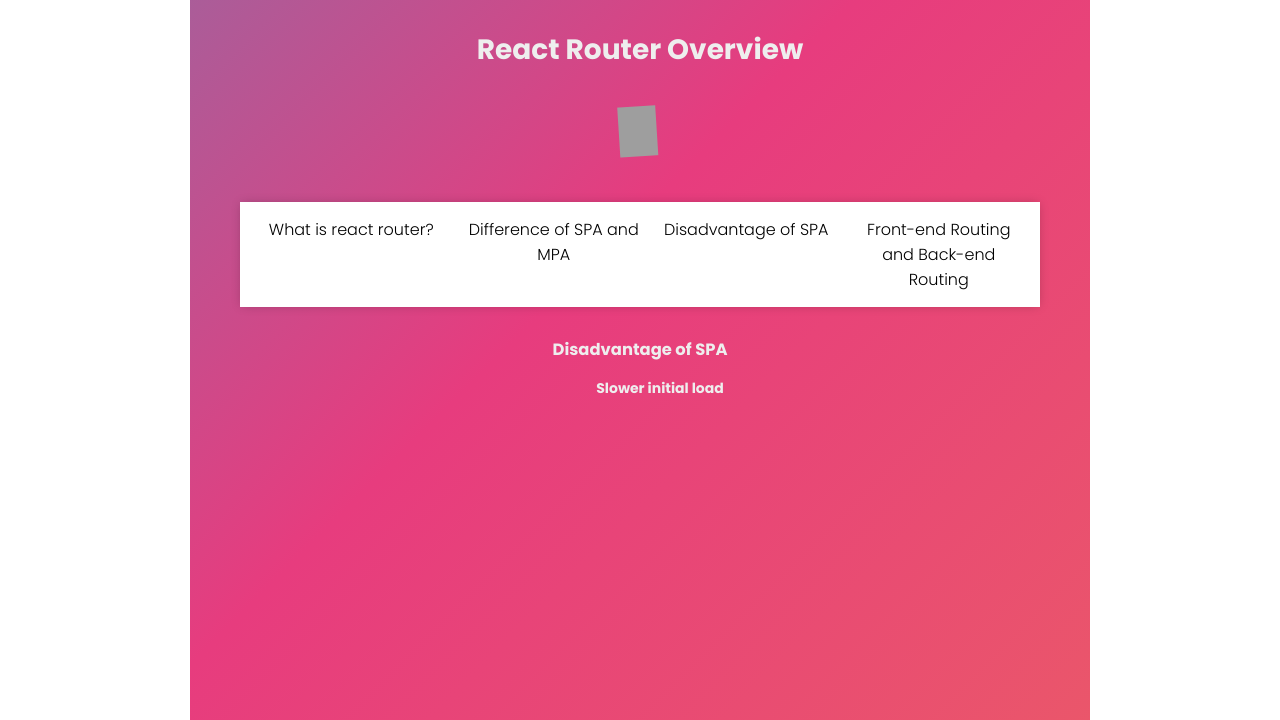
Repository: nguy3nds/2021-18-9-react
Page: /Nam
These files come from the project's save history. The page is drawn as it stood at one moment and after the next save; the edit follows.
The browser window is 1280 px wide. The pictures show the whole page.
Pictures or frames that could not be fetched are drawn as grey boxes. The project was rebuilt for these pictures with package versions that can differ from the ones it lists, and the page was loaded fresh each time. Also part of the build but not shown: src/components/What.js, src/components/How.js, src/components/Tung.js.

Above is the page before, as saved 2021-09-20 08:11:14.

After the next save:
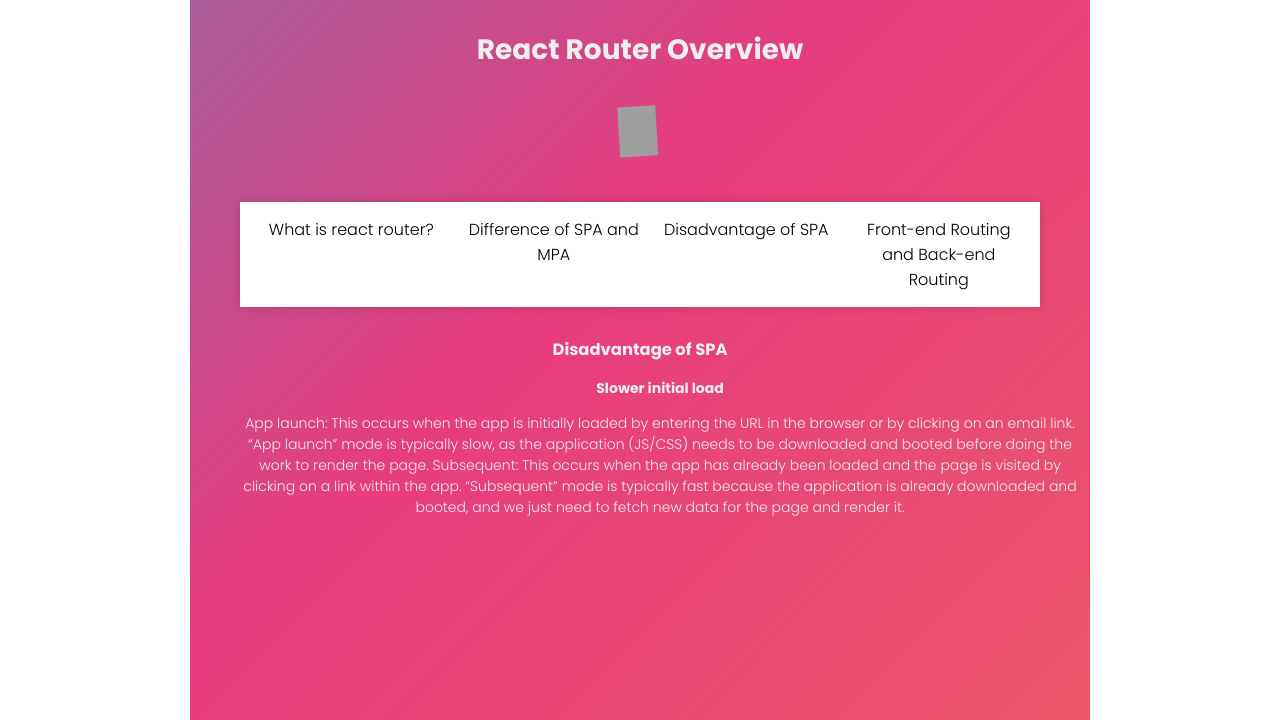
Saved 6 s later.
--- a/src/components/Why.js
+++ b/src/components/Why.js
@@ -5,6 +5,17 @@ export default function Why() {
       <ul>
         <li>
           <b>Slower initial load</b>
+          <p>
+            App launch: This occurs when the app is initially loaded by entering
+            the URL in the browser or by clicking on an email link. “App launch”
+            mode is typically slow, as the application (JS/CSS) needs to be
+            downloaded and booted before doing the work to render the page.
+            Subsequent: This occurs when the app has already been loaded and the
+            page is visited by clicking on a link within the app. “Subsequent”
+            mode is typically fast because the application is already downloaded
+            and booted, and we just need to fetch new data for the page and
+            render it.
+          </p>
         </li>
       </ul>
     </div>
